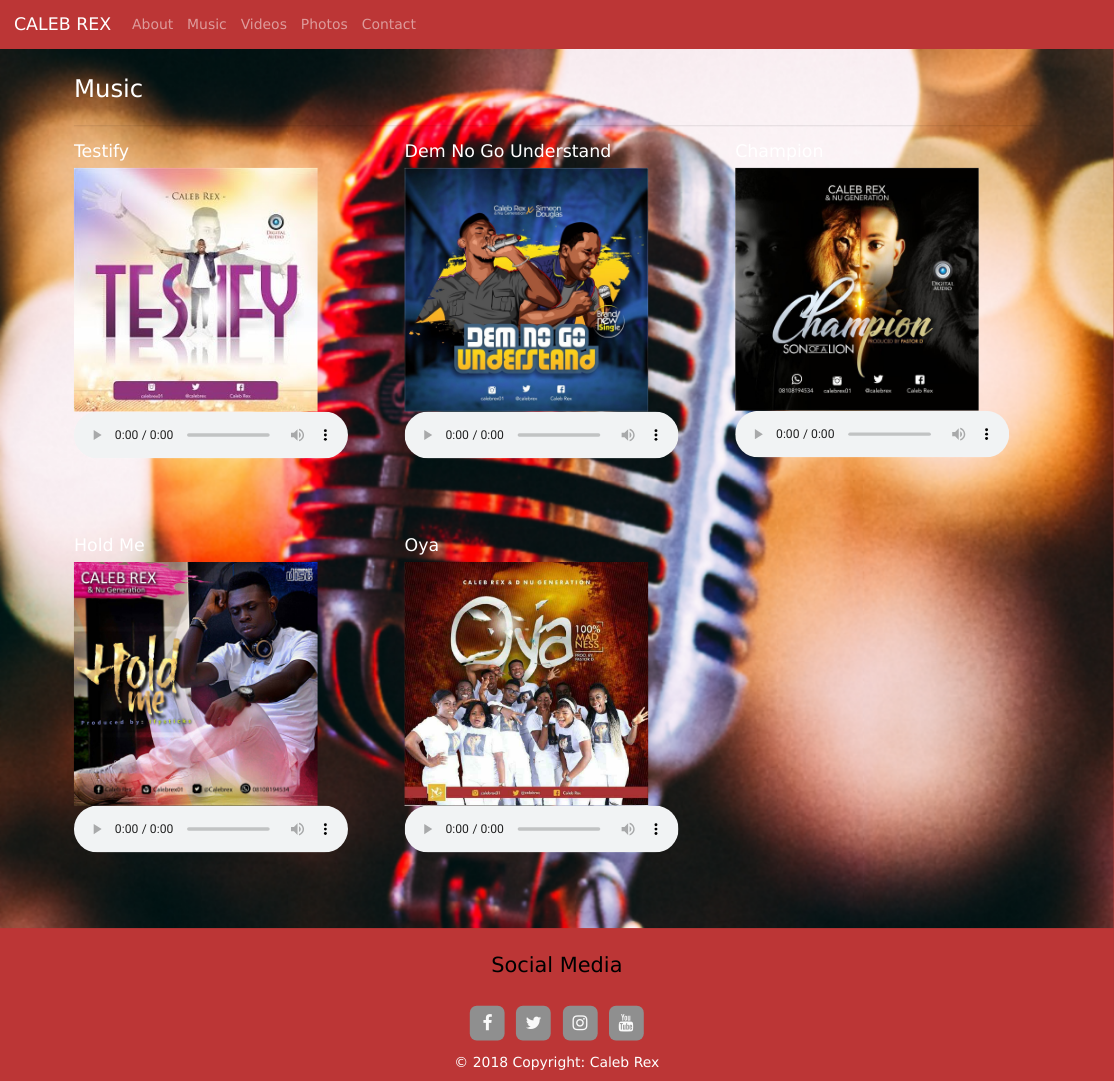
Repository: IchaTreasure/caleb-rex
Page: music.html
The author's editor kept a record of every edit. The page is drawn from the files as they stood at one moment, then again after the next edit.
The browser window is 1280 px wide. The pictures show the whole page, at 87% of full size.
Some web libraries are served in a nearby version.

Above is the page before.

### music.html
<!DOCTYPE html>
<html lang="en">

<head>
  <meta charset="UTF-8">
  <meta name="viewport" content="width=device-width, initial-scale=1.0">
  <meta http-equiv="X-UA-Compatible" content="ie=edge">
  <link rel="stylesheet" href="https://maxcdn.bootstrapcdn.com/bootstrap/4.1.3/css/bootstrap.min.css">
  <link rel="stylesheet" href="https://use.fontawesome.com/releases/v5.6.1/css/all.css" integrity="sha384-gfdkjb5BdAXd+lj+gudLWI+BXq4IuLW5IT+brZEZsLFm++aCMlF1V92rMkPaX4PP" crossorigin="anonymous">
  <link rel="stylesheet" href="https://stackpath.bootstrapcdn.com/bootstrap/4.3.1/css/bootstrap.min.css" type="text/css" />
  <link rel="stylesheet" href="https://stackpath.bootstrapcdn.com/font-awesome/4.7.0/css/font-awesome.min.css" type="text/css" />
  <link rel="stylesheet" href="https://cdnjs.cloudflare.com/ajax/libs/hover.css/2.3.1/css/hover-min.css" type="text/css" />
  <link href="https://fonts.googleapis.com/css?family=Roboto:400,700" rel="stylesheet">
  <link rel="stylesheet" href="css/style.css" type="text/css" />
  <title>Caleb Rex</title>
</head>

<body style="background-color: #bc3636">
  <!-- ------------------------------------------------------------------------------------------------------Navigation Bar -->
  <!--  <ul class="topnav" style = "background-color: #bc3636">
    <li>
      <a class="navbar-brand" href="index.html">
        <h4>CALEB REX</h4>
      </a>
    </li>
    <li class="right" data-toggle="collapse" data-target=".navbar-collapse.show">
      <a class="nav-link" href="about.html">About</a>
    </li>
    <li class="right" data-toggle="collapse" data-target=".navbar-collapse.show">
      <a class="nav-link" href="music.html">Music</a>
    </li>
    <li class="right" data-toggle="collapse" data-target=".navbar-collapse.show">
      <a class="nav-link" href="videos.html">Videos</a>
    </li>
    <li class="right" data-toggle="collapse" data-target=".navbar-collapse.show">
      <a class="nav-link" href="photos.html">Photos</a>
    </li>
    <li class="right" data-toggle="collapse" data-target=".navbar-collapse.show">
      <a class="nav-link" href="contact.html">Contact</a>
    </li>
  </ul> -->

  <nav class="navbar navbar-expand-md navbar-dark fixed-top" style="background-color: #bc3636">
    <a class="navbar-brand" href="index.html">CALEB REX</a>
    <button class="navbar-toggler" type="button" data-toggle="collapse" data-target="#navbarsExampleDefault" aria-controls="navbarsExampleDefault" aria-expanded="false" aria-label="Toggle navigation">
    <span class="navbar-toggler-icon"></span>
  </button>

    <div class="collapse navbar-collapse" id="navbarsExampleDefault">
      <ul class="navbar-nav mr-auto">
        <li class="nav-item right" data-toggle="collapse" data-target=".navbar-collapse.show">
          <a class="nav-link" href="about.html">About</a>
        </li>
        <li class="nav-item right" data-toggle="collapse" data-target=".navbar-collapse.show">
          <a class="nav-link" href="music.html">Music</a>
        </li>
        <li class="nav-item right" data-toggle="collapse" data-target=".navbar-collapse.show">
          <a class="nav-link" href="videos.html">Videos</a>
        </li>
        <li class="nav-item right" data-toggle="collapse" data-target=".navbar-collapse.show">
          <a class="nav-link" href="photos.html">Photos</a>
        </li>
        <li class="nav-item right" data-toggle="collapse" data-target=".navbar-collapse.show">
          <a class="nav-link" href="contact.html">Contact</a>
        </li>
      </ul>
    </div>
  </nav>


  <!-- Music section -->
  <section style="background-color: #bc3636; background-image: url('images/music.jpg'); Width: 100%; background-repeat: no-repeat;">
    <!-- Page Content -->
    <div class="container" Style="padding-top: 30px">
      <div class="row">
        <h3 style="padding-left: 15px; color: white;">Music</h3>
      </div>
      <hr>
      <div class="row">
        <div class="col-sm-4" Style="padding-bottom: 80px">
          <h5 class="uppercase general-sub" style="color: white">Testify</h5>
          <img src="images/Testify.jpg" Style="Width: 80%"></img>
          <audio controls Style="Width: 90%">
                      <source src="Music/Testify.mp3" type="audio/mpeg">
                    Your browser does not support the audio element.
                    </audio>
        </div>
        <div class="col-sm-4" Style="padding-bottom: 80px">
          <h5 class="uppercase general-sub" style="color: white">Dem No Go Understand</h5>
          <img src="images/Understand.jpg" Style="Width: 80%"></img>
          <audio controls Style="Width: 90%">
                      <source src="Music/Understand.mp3" type="audio/mpeg">
                    Your browser does not support the audio element.
                    </audio>
        </div>
        <div class="col-sm-4" Style="padding-bottom: 80px">
          <h5 class="uppercase general-sub" style="color: white">Champion</h5>
          <img src="images/Champion.jpg" Style="Width: 80%"></img>
          <audio controls Style="Width: 90%">
                      <source src="Music/Champion.mp3" type="audio/mpeg">
                    Your browser does not support the audio element.
                    </audio>
        </div>
      </div>
      <div class="row">
        <div class="col-sm-4" Style="padding-bottom: 80px">
          <h5 class="uppercase general-sub" style="color: white">Hold Me</h5>
          <img src="images/Hold.jpg" Style="Width: 80%"></img>
          <audio controls Style="Width: 90%">
                      <source src="Music/Hold.mp3" type="audio/mpeg">
                    Your browser does not support the audio element.
                    </audio>
        </div>
        <div class="col-sm-4" Style="padding-bottom: 80px">
          <h5 class="uppercase general-sub" style="color: white">Oya</h5>
          <img src="images/Oya.jpg" Style="Width: 80%"></img>
          <audio controls Style="Width: 90%">
                      <source src="Music/Oya.mp3" type="audio/mpeg">
                    Your browser does not support the audio element.
                    </audio>
        </div>
      </div>
    </div>
  </section>

  <!-- Footer -->
  <footer class="py-1" style="background-color: #bc3636; text-align: center;">
    <div class="container">
      <br>
      <h4>Social Media</h4>
      <br>
      <ul class="list-inline social-links">
        <li class="list-inline-item">
          <a target="_blank" href="https://www.facebook.com/caleb.rex.96"><i class = " fa fa-facebook" aria-hidden="true"></i><span class = "sr-only">Facebook</span></a>
        </li>
        <li class="list-inline-item">
          <a target="_blank" href="https://twitter.com/calebrex01"><i class = " fa fa-twitter" aria-hidden="true"></i><span class = "sr-only">Twitter</span></a>
        </li>
        <li class="list-inline-item">
          <a target="_blank" href="https://www.instagram.com/caleb.rex01/"><i class = " fa fa-instagram" aria-hidden="true"></i><span class = "sr-only">Instagram</span></a>
        </li>
        <li class="list-inline-item">
          <a target="_blank" href="https://www.youtube.com/channel/UC_B7e65upco510Sio9dZJhg"><i class = " fa fa-youtube" aria-hidden="true"></i><span class = "sr-only">Youtube</span></a>
        </li>
      </ul>
    </div>

    <h6 style="text-align: center; color: white;">© 2018 Copyright: Caleb Rex</h6>
    <!-- /.container -->
  </footer>
  <!-- Bootstrap core JavaScript -->
  <script src="https://code.jquery.com/jquery-3.3.1.slim.min.js" integrity="sha384-q8i/X+965DzO0rT7abK41JStQIAqVgRVzpbzo5smXKp4YfRvH+8abtTE1Pi6jizo" crossorigin="anonymous"></script>
  <script src="https://cdnjs.cloudflare.com/ajax/libs/popper.js/1.14.7/umd/popper.min.js" integrity="sha384-UO2eT0CpHqdSJQ6hJty5KVphtPhzWj9WO1clHTMGa3JDZwrnQq4sF86dIHNDz0W1" crossorigin="anonymous"></script>
  <script src="https://stackpath.bootstrapcdn.com/bootstrap/4.3.1/js/bootstrap.min.js" integrity="sha384-JjSmVgyd0p3pXB1rRibZUAYoIIy6OrQ6VrjIEaFf/nJGzIxFDsf4x0xIM+B07jRM" crossorigin="anonymous"></script>
</body>

</html>

### css/style.css
/*---------------------------- css for body */
body {
  font-family: 'Lucida Grande', sans-serif;
  padding-top: 56px;
}

nav li a:hover {
  background: black;
}

nav a:hover {
  background: black;
}

/*----------------------------------------- Modal Styling */
.modal-body{
    color: #615650;
    text-align: center;
}

.modal-content{
    background-color: #dbc7bd;
    padding: 20px;
}

.img-hover:hover{
    cursor: pointer;
    opacity: 0.6;
    transition: all 0.35s ease-in-out;
    -moz-transition: all 0.35s ease-in-out;
    -webkit-transition: all 0.35s ease-in-out;
    -o-transition: all 0.35s ease-in-out;
}

/*---------------------------- css for contact form*/
.form-style-1 {
	margin:10px auto;
	max-width: 400px;
	padding: 20px 12px 10px 20px;
	font: 13px "Lucida Sans Unicode", "Lucida Grande", sans-serif;
}
.form-style-1 li {
	padding: 0;
	display: block;
	list-style: none;
	margin: 10px 0 0 0;
}
.form-style-1 label{
	margin:0 0 3px 0;
	padding:0px;
	display:block;
	font-weight: bold;
}
.form-style-1 input[type=text],
.form-style-1 input[type=date],
.form-style-1 input[type=datetime],
.form-style-1 input[type=number],
.form-style-1 input[type=search],
.form-style-1 input[type=time],
.form-style-1 input[type=url],
.form-style-1 input[type=email],
textarea,
select{
	box-sizing: border-box;
	-webkit-box-sizing: border-box;
	-moz-box-sizing: border-box;
	border:1px solid #BEBEBE;
	padding: 7px;
	margin:0px;
	-webkit-transition: all 0.30s ease-in-out;
	-moz-transition: all 0.30s ease-in-out;
	-ms-transition: all 0.30s ease-in-out;
	-o-transition: all 0.30s ease-in-out;
	outline: none;
}

.form-style-1 input[type=text]:focus,
.form-style-1 input[type=date]:focus,
.form-style-1 input[type=datetime]:focus,
.form-style-1 input[type=number]:focus,
.form-style-1 input[type=search]:focus,
.form-style-1 input[type=time]:focus,
.form-style-1 input[type=url]:focus,
.form-style-1 input[type=email]:focus,
.form-style-1 textarea:focus,
.form-style-1 select:focus{
	-moz-box-shadow: 0 0 8px #88D5E9;
	-webkit-box-shadow: 0 0 8px #88D5E9;
	box-shadow: 0 0 8px #88D5E9;
	border: 1px solid #88D5E9;
}

.form-style-1 .field-divided{
	width: 49%;
}

.form-style-1 .field-long{
	width: 100%;
}
.form-style-1 .field-select{
	width: 100%;
}
.form-style-1 .field-textarea{
	height: 100px;
}
.form-style-1 input[type=submit], .form-style-1 input[type=button]{
	background: #4B99AD;
	padding: 8px 15px 8px 15px;
	border: none;
	color: #fff;
}

.form-style-1 input[type=submit]:hover, .form-style-1 input[type=button]:hover{
	background: #4691A4;
	box-shadow:none;
	-moz-box-shadow:none;
	-webkit-box-shadow:none;
}

.form-style-1 .required{
	color:red;
}

/*---------------------------- css for footer*/
footer {
  background-color: #7D0D11;
  color: black;
}

.social-links li a i {
  width: 40px;
  height: 40px;
  padding: 10px;
  border-radius: 20%;
  font-size: 20px;
  line-height: 20px;
  text-align: center;
  color: #fafafa;
  background: #8f8f8f;
  transition: all 0.35s ease-in-out;
  -moz-transition: all 0.35s ease-in-out;
  -webkit-transition: all 0.35s ease-in-out;
  -o-transition: all 0.35s ease-in-out;
}

.social-links li a i:hover {
  background: black;
}

After the next edit:
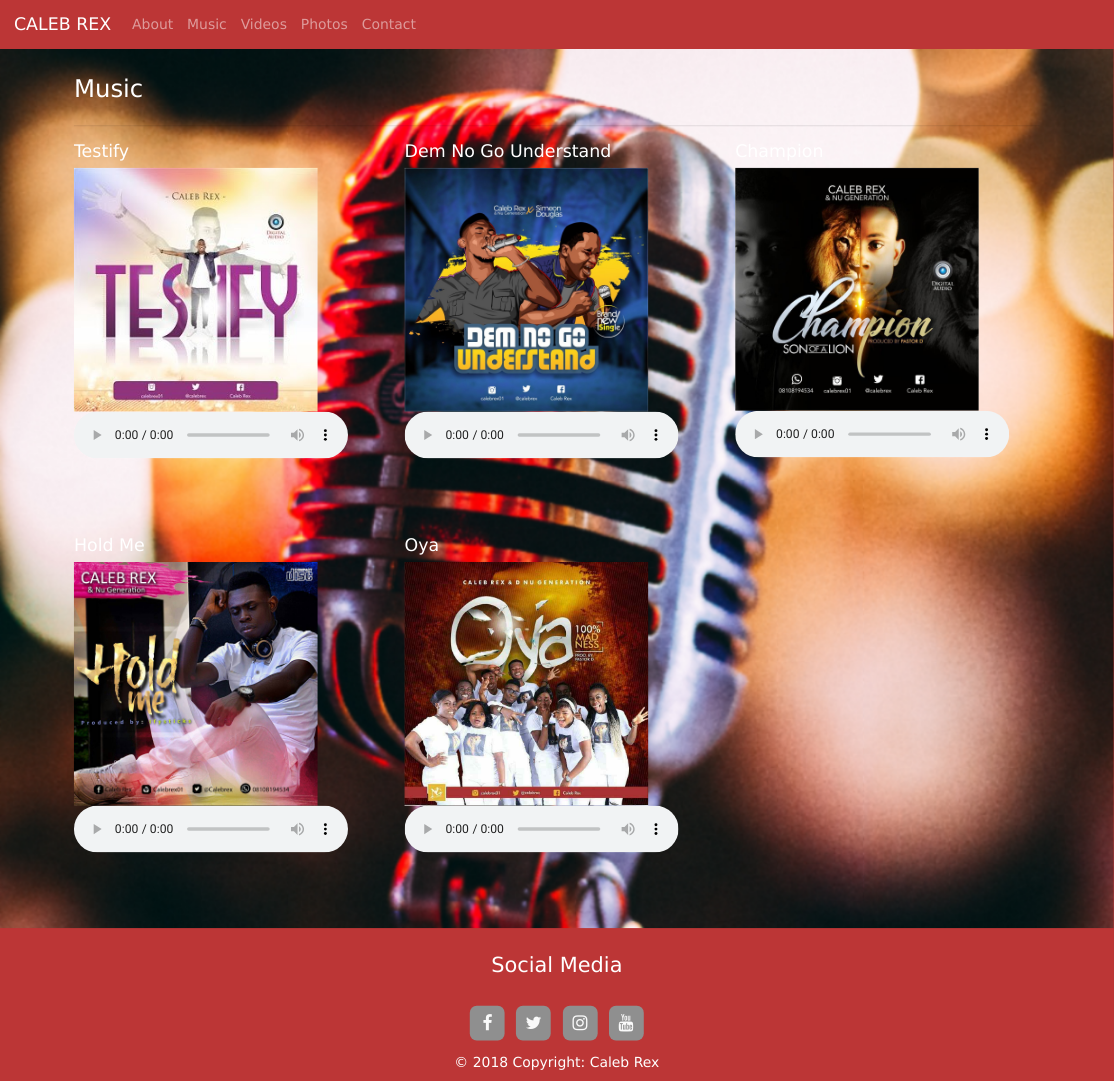
The edit:
--- a/music.html
+++ b/music.html
@@ -127,7 +127,7 @@
   <footer class="py-1" style="background-color: #bc3636; text-align: center;">
     <div class="container">
       <br>
-      <h4>Social Media</h4>
+      <h4 style = "color: white">Social Media</h4>
       <br>
       <ul class="list-inline social-links">
         <li class="list-inline-item">
